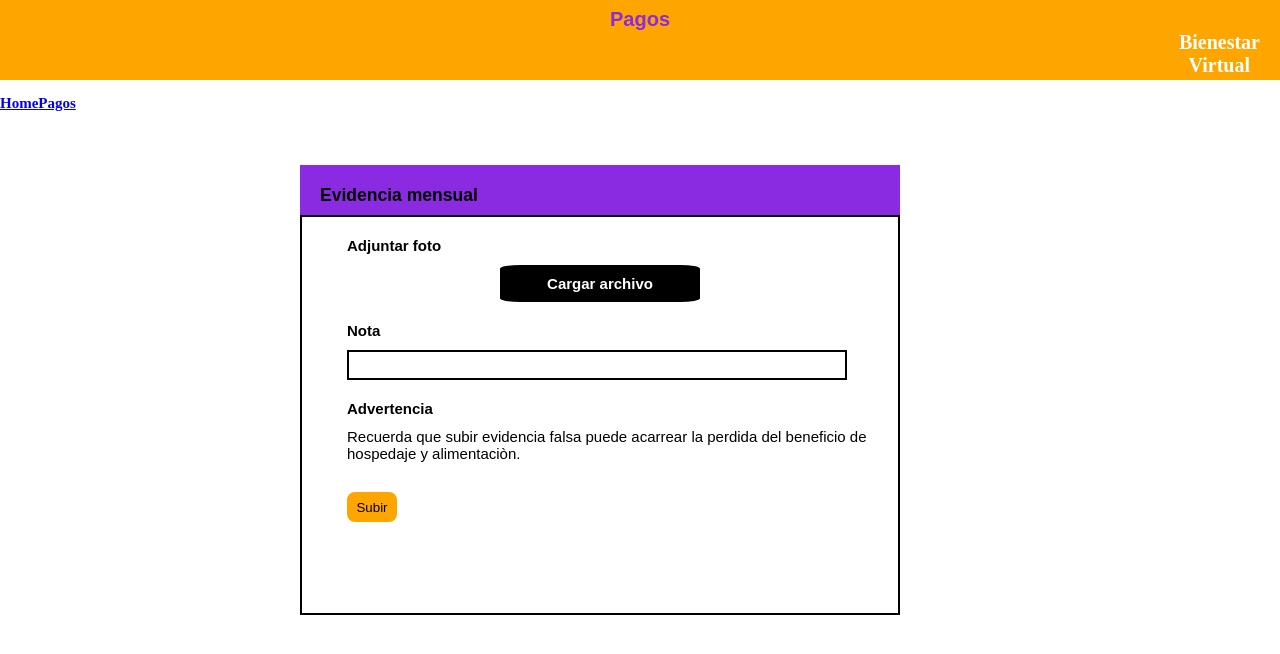
Repository: Diani123/Mis-actividades
Page: softwarebienestarinstitucional/pagos.html
These files come from the project's save history. The page is drawn as it stood at one moment and after the next save; the edit follows.
The browser window is 1280 px wide. The pictures show the whole page.

Above is the page before, as saved 2023-02-12 20:00:50.

After the next save:
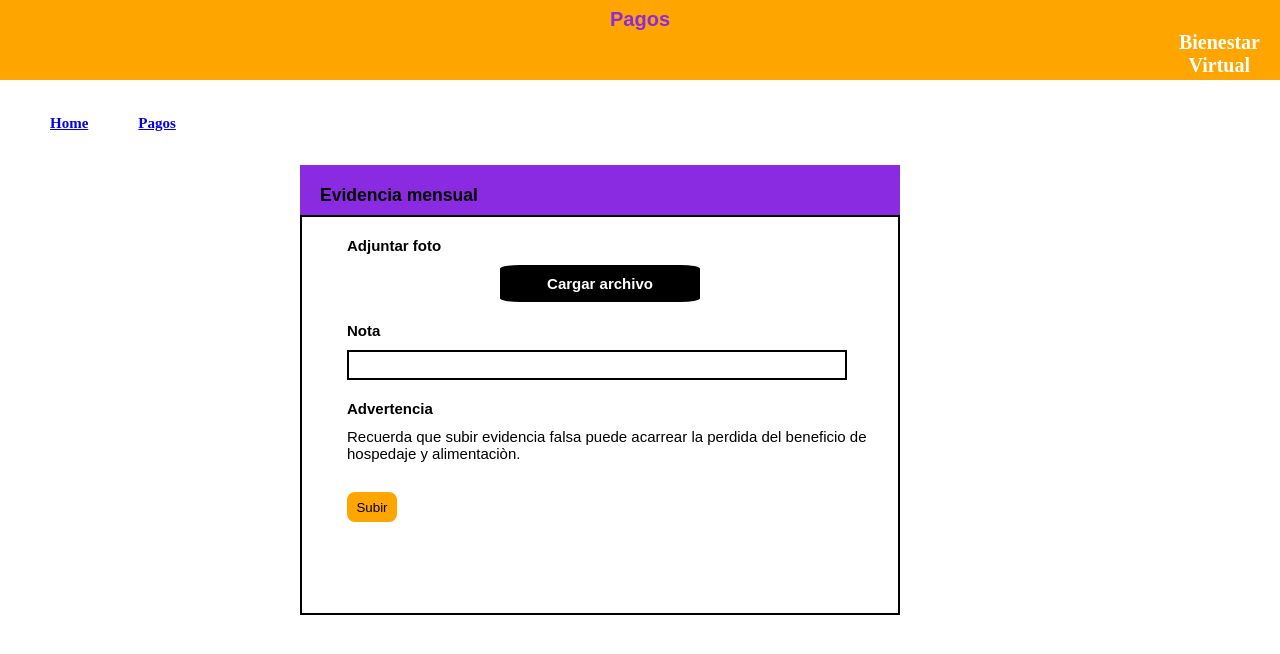
Saved 38 s later.
--- a/softwarebienestarinstitucional/pagos.css
+++ b/softwarebienestarinstitucional/pagos.css
@@ -45,7 +45,7 @@
     color: white;
     padding-top: px;
   }
-  .item {
+  .item-title {
     padding-top: 20px;
     padding-left: 50px;
   }
